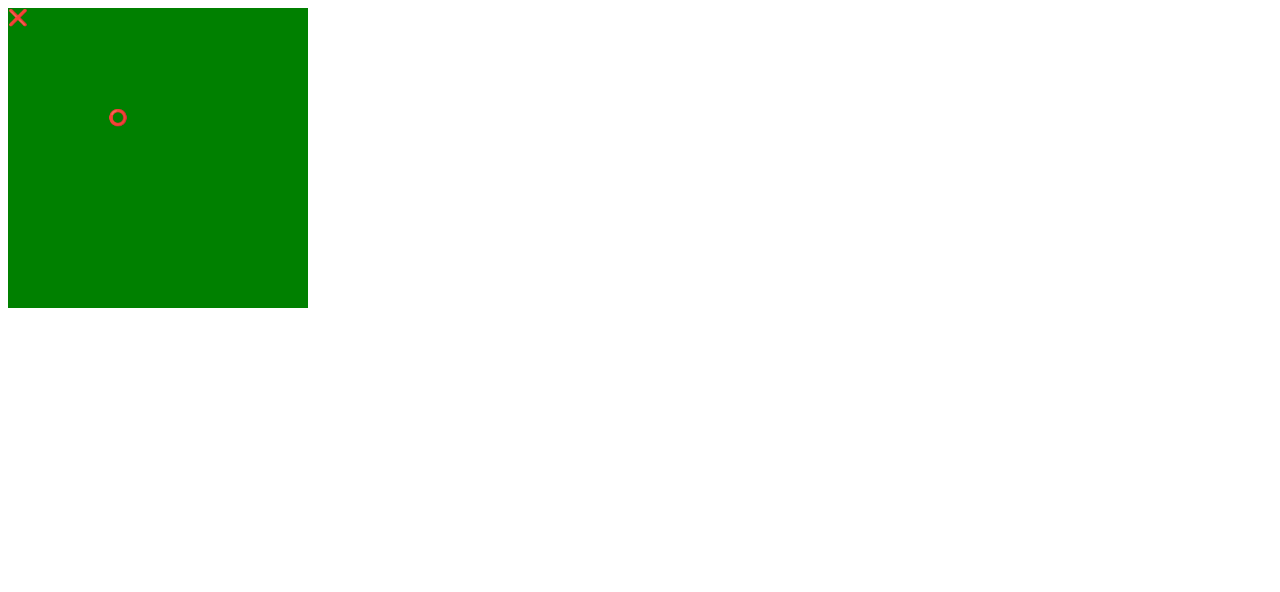
Repository: guchengjie/Frontend-01-Template
Page: week10/code2.html
An editor plug-in stored every save of this project. The page is shown before and after the next save, followed by the edit.
The browser window is 1280 px wide. The pictures show the whole page.

Above is the page before, as saved 2020-06-13 19:27:38.

After the next save:
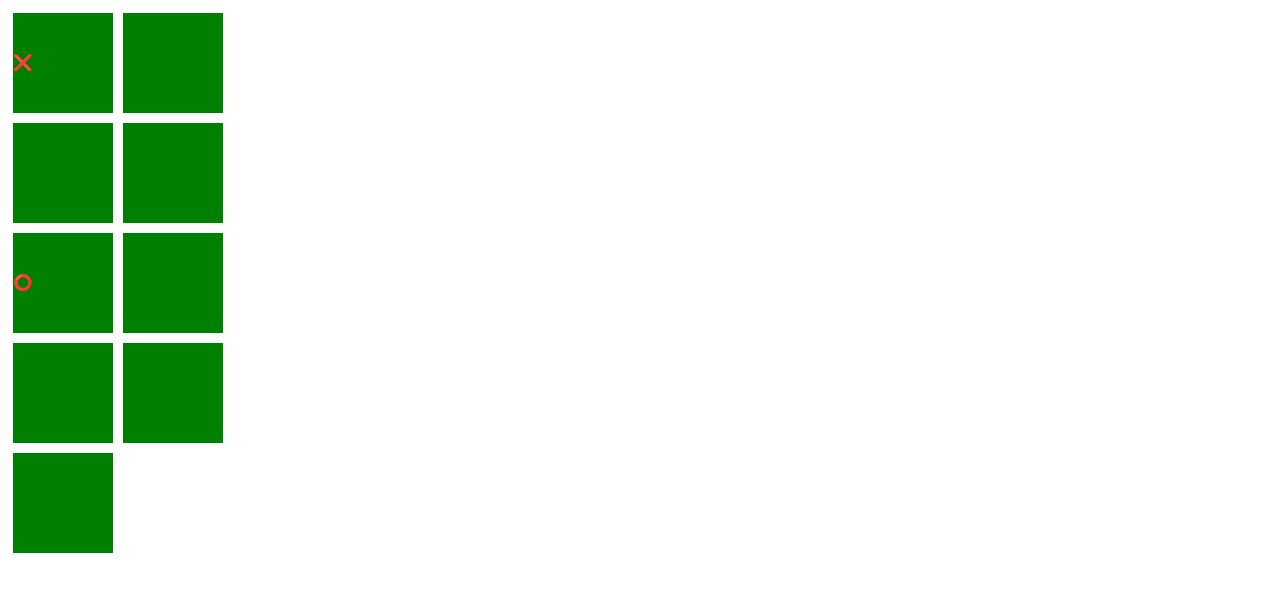
Saved 22 s later.
--- a/week10/code2.html
+++ b/week10/code2.html
@@ -15,6 +15,8 @@
       height: 100px;
       display: inline-block;
       vertical-align: top;
+      line-height: 100px;
+      margin: 5px;
     }
   </style>
 </head>
